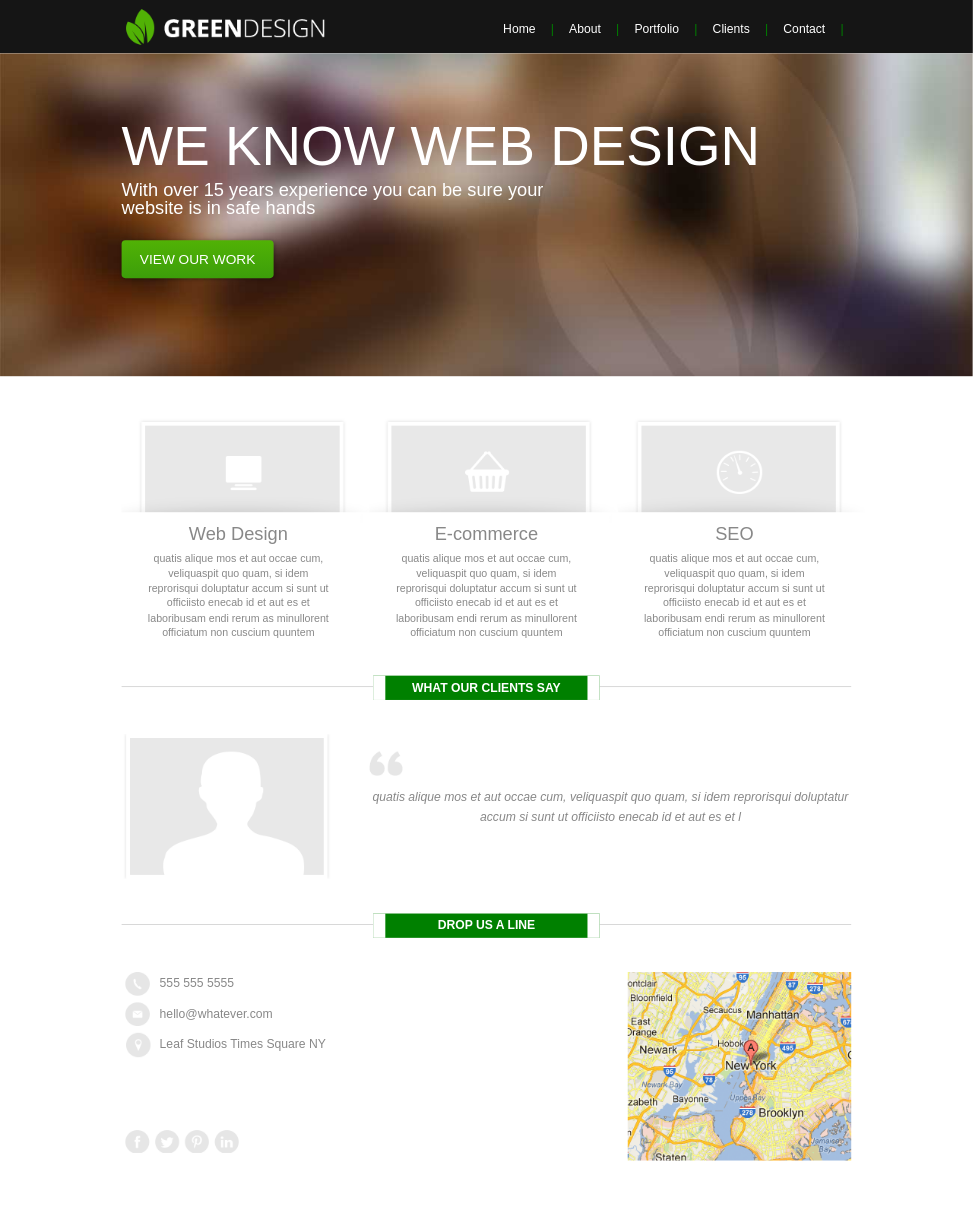
Repository: prathmeshgodbole/Javascript
Page: Basics/Jquery/index.html
These files come from the project's save history. The page is drawn as it stood at one moment and after a run of saves; the edit follows.
The browser window is 1280 px wide. The pictures show the whole page, at 76% of full size.

Above is the page before, as saved 2020-08-07 15:43:44.

After the next 2 saves:
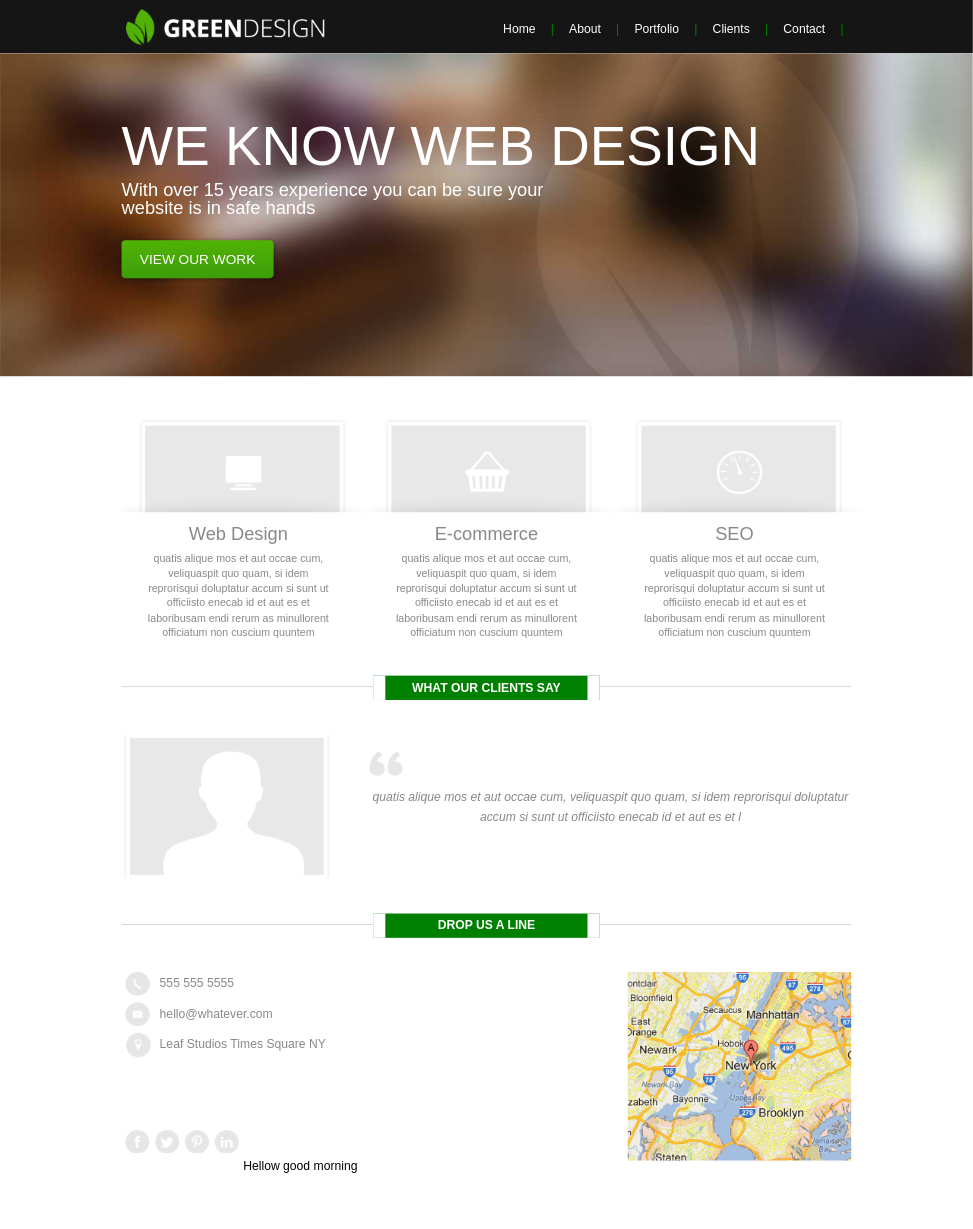
The 2 saves are shown as one change because they came seconds apart.
The last was saved 22 s later.
--- a/Basics/Jquery/scripts/adding-content.js
+++ b/Basics/Jquery/scripts/adding-content.js
@@ -1,6 +1,6 @@
  var paragraph = "<div>Hellow good morning</div>";
  //append()
- $("#contact div").append(paragraph);
+ $("#contact").append(paragraph);
  //  //prepend()
  //  $("wrapper div").prepend(para);
  //  //before()
